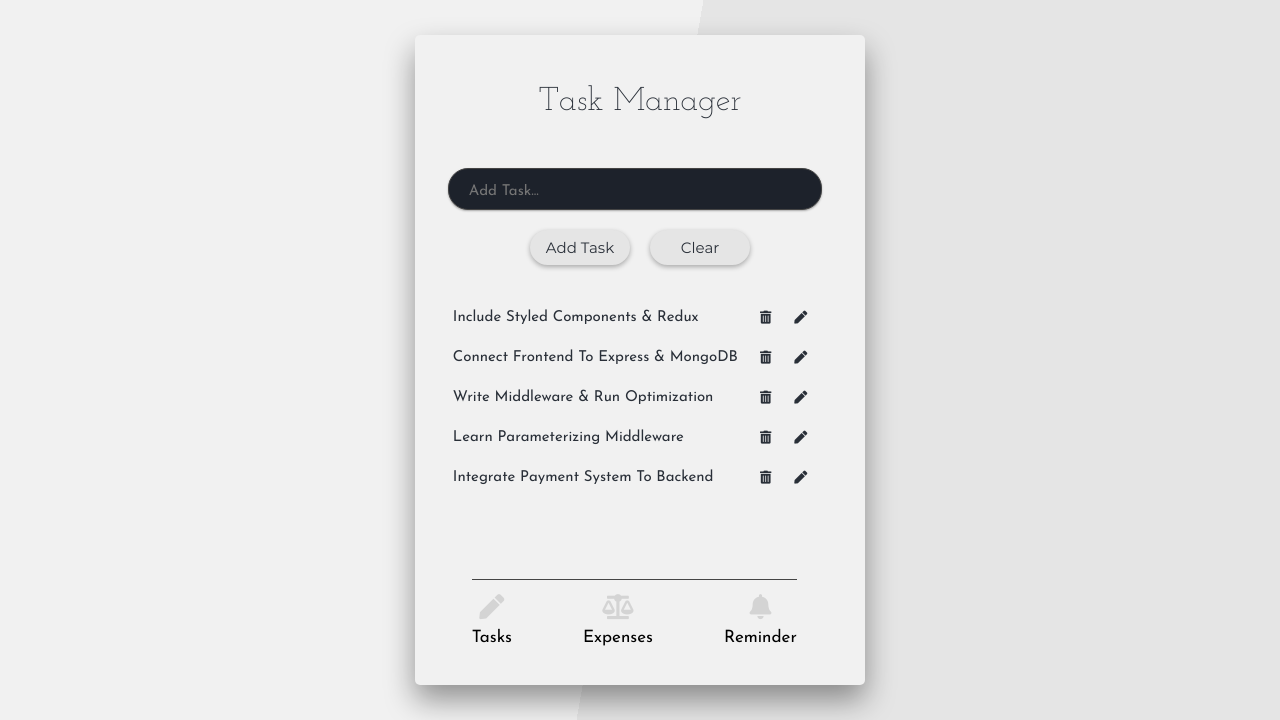
Repository: Kol124/react-task-manager
Page: /
These files come from the project's save history. The page is drawn as it stood at one moment and after the next save; the edit follows.
The browser window is 1280 px wide. The pictures show the whole page.
The project was rebuilt for these pictures with package versions that can differ from the ones it lists, and the page was loaded fresh each time. Also part of the build but not shown: src/components/Expenses/Expenses.js, src/components/Reminder/Reminder.js.

Above is the page before, as saved 2021-06-24 17:39:11.

After the next save:
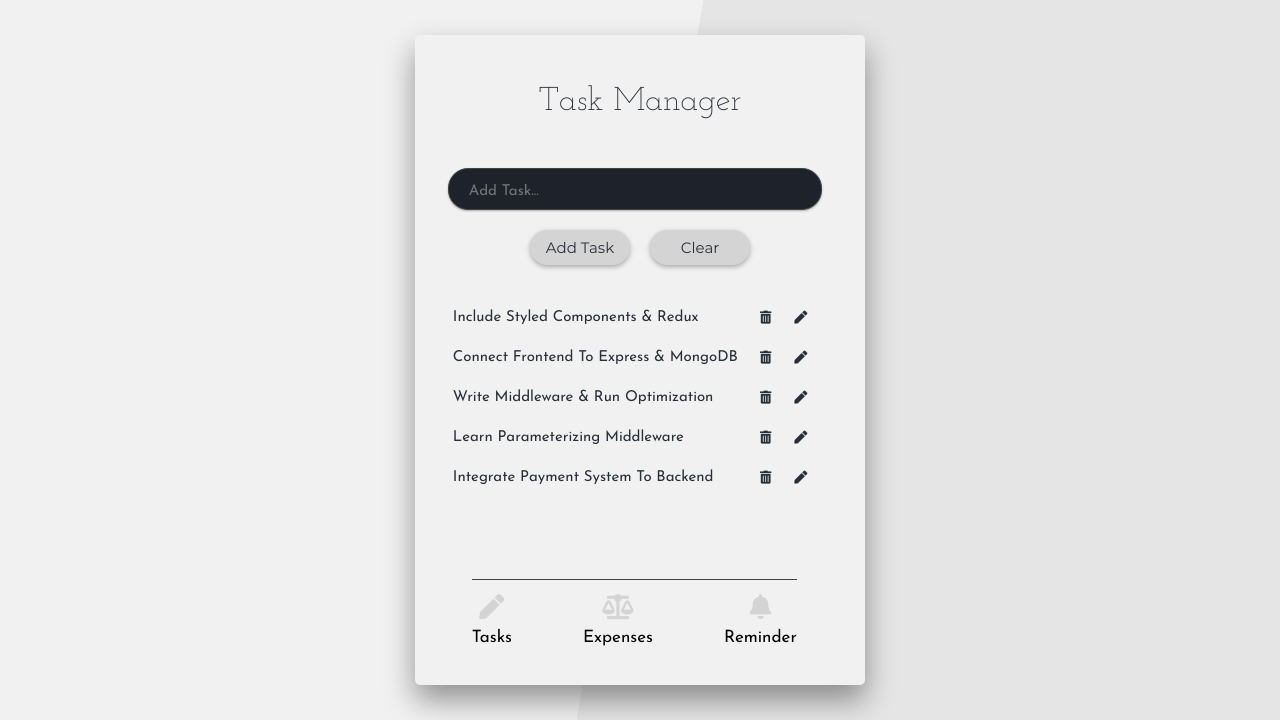
Saved 30 s later.
--- a/src/context/ThemeContext.js
+++ b/src/context/ThemeContext.js
@@ -5,7 +5,7 @@ export const ThemeContext = createContext();
 export default class ThemeContextProvider extends Component {
   state = {
     isLightTheme: true,
-    light: { font: "#292f38", accent: "#e5e5e5", bg: "#f1f1f1" },
+    light: { font: "#292f38", accent: "#d4d4d4", bg: "#f1f1f1" },
     dark: { font: "#f1f1f1", accent: "#1d222b", bg: "#292f38" },
   };
 
